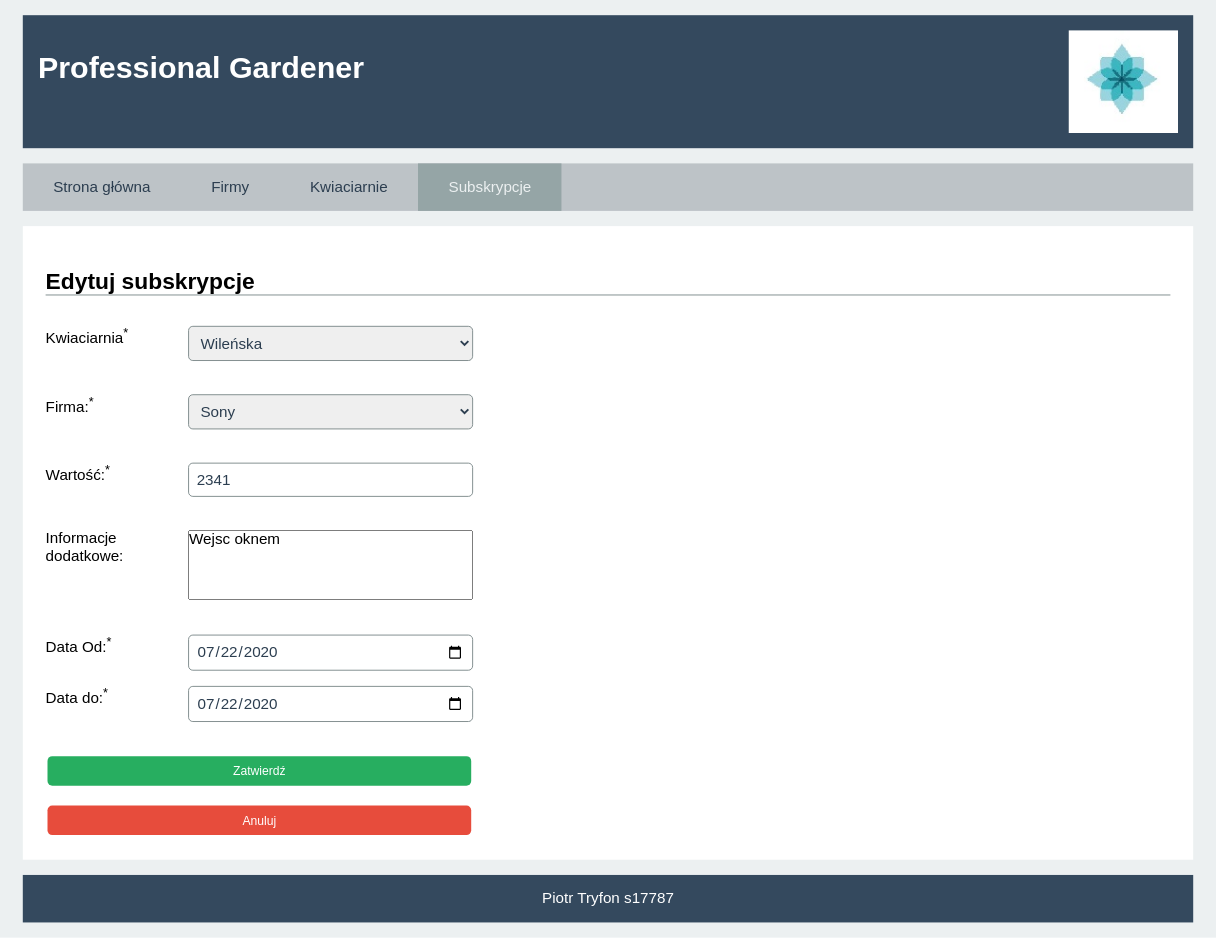
Repository: s17787/TIN
Page: tin_zaoczne_12_s17787_html-css/pages/subscription-edit.html
The author's editor kept a copy of each file at every save. The page is drawn from the files as they stood at one save, then again after the next save.
The browser window is 1280 px wide. The pictures show the whole page, at 95% of full size.

Above is the page before, as saved 2021-01-06 09:40:13.

After the next save:
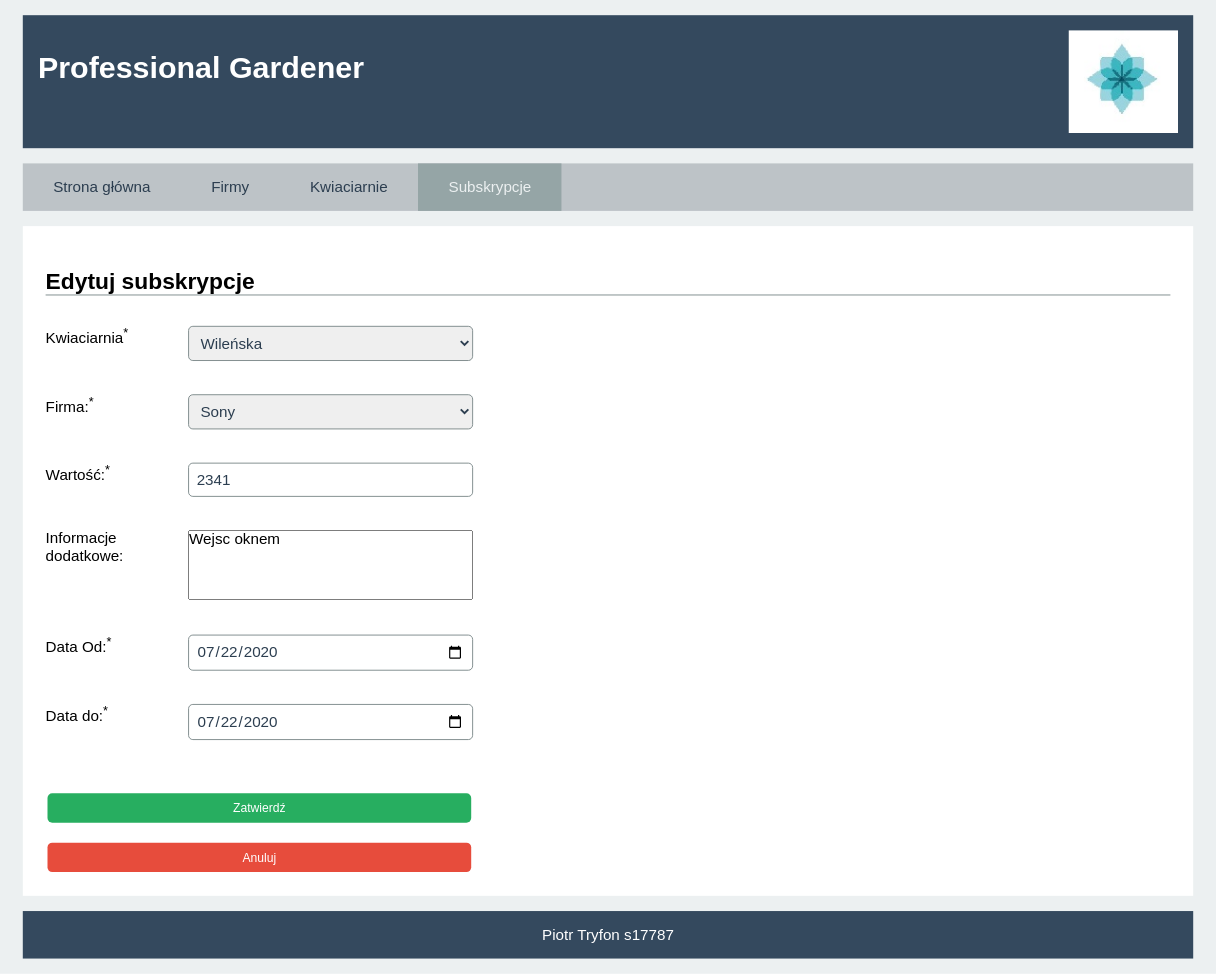
Saved 16 s later.
--- a/tin_zaoczne_12_s17787_html-css/pages/subscription-edit.html
+++ b/tin_zaoczne_12_s17787_html-css/pages/subscription-edit.html
@@ -53,10 +53,12 @@
             <!--<div class="form-group">-->
                 <label for="date_From">Data Od:<sup>*</sup></label>
                 <input type="date" name="date_From" value="2020-07-22" id="date_From" value="2020-12-12"/>
+                <span id="errorDateFrom" class="errors-text"></span>
             <!--</div>-->
             <!--<div class="form-group">-->
                 <label for="date_To">Data do:<sup>*</sup></label>
                 <input type="date" name="date_To" value="2020-07-22" id="date_To" value="2022-11-1"/>
+                <span id="errorDateTo" class="errors-text"></span>
             <!--</div>-->
             <!--<div class="form-group">-->
                 <p id="errorsSummary" class="errors-text"></p>
